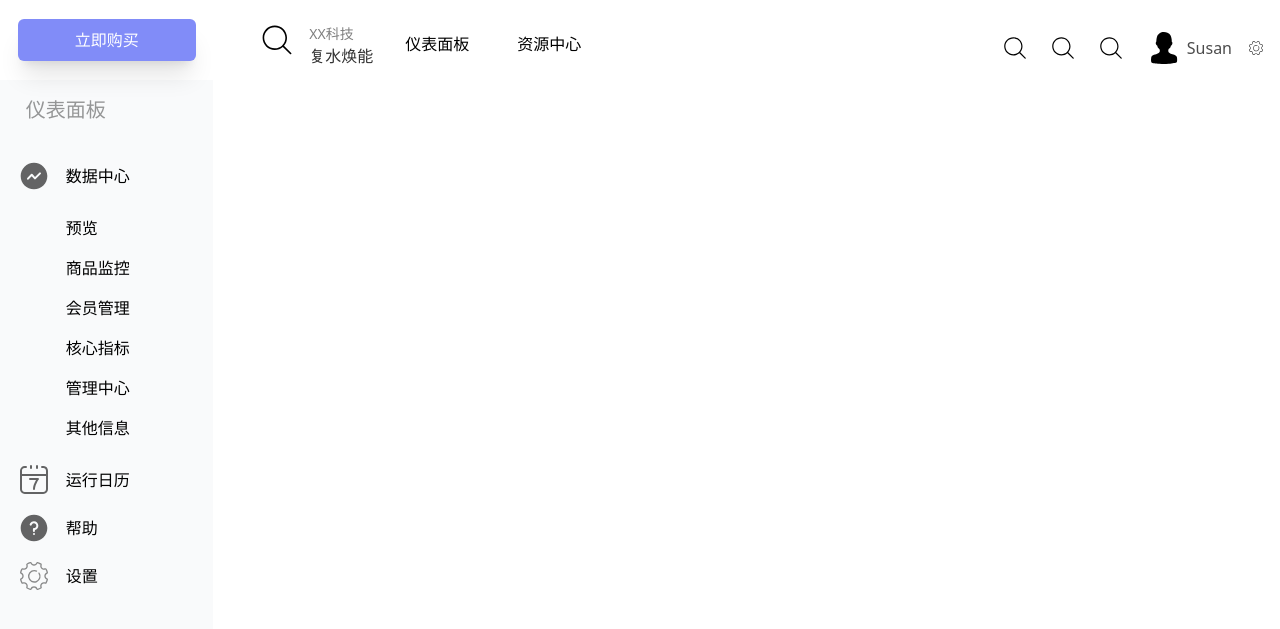
Repository: LiuRuohui/useWater
Page: /
An editor plug-in stored every save of this project. The page is shown before and after a run of saves, followed by the edit.
The browser window is 1280 px wide. The pictures show the whole page.
The project was rebuilt for these pictures with package versions that can differ from the ones it lists, and the page was loaded fresh each time. Also part of the build but not shown: vite.config.js.

Above is the page before, as saved 2022-04-06 23:02:27.

### src/App.vue
<script setup>
import HelloWorld1 from './components/HelloWorld.vue';
</script>

<template>
  <HelloWorld1></HelloWorld1>
</template>

<style>
</style>

### src/index.css
@tailwind base;
@tailwind components;
.inputFrame {
    @apply appearance-none rounded-none relative block w-full px-3 py-2 border border-gray-300 placeholder-gray-500 text-gray-900
}

.inputFrame:focus {
    @apply outline-none border-indigo-500 z-10 inline-block px-5 py-3 rounded-lg shadow-lg
}

.btn {
    @apply relative flex w-full justify-center py-2 border border-transparent font-medium rounded-md text-white bg-indigo-400
}

.btn:hover {
    @apply bg-indigo-500
}

.btn:focus {
    @apply outline-none ring-2 ring-offset-2 ring-indigo-400
}

@tailwind utilities;

### src/components/HelloWorld.vue
<script setup>

</script>

<template>
<div class="w-full h-screen flex flex-row select-none">
  <div class="w-1/5 h-screen justify-center items-center flex flex-col">
    <div class="w-full h-20 justify-center items-center flex">
        <div class="w-5/6">
            <button class="btn text-white justify-center items-center shadow-xl">立即购买</button>
        </div>
    </div>
    <div class="w-full flex flex-grow bg-gray-50 justify-center">
        <div class="w-5/6 pt-4 flex flex-col">
            <div class="h-8 text-xl opacity-40 pl-2">仪表面板</div>
            <div class="mt-4 flex flex-grow flex-col">
                <div class="flex flex-col py-2 hover:cursor-pointer">
                    <div class="flex flex-row py-2 hover:bg-blue-200 hover:cursor-pointer">
                      <img src="../assets/数据.svg" alt="" class="h-8 opacity-60">
                      <div class="pl-4 pt-1">数据中心</div>
                    </div>
                    <div class="mt-2 flex flex-col hover:cursor-pointer">
                        <div class="py-2 pl-12 hover:bg-blue-200">预览</div>
                        <div class="py-2 pl-12 hover:bg-blue-200">商品监控</div>
                        <div class="py-2 pl-12 hover:bg-blue-200">会员管理</div>
                        <div class="py-2 pl-12 hover:bg-blue-200">核心指标</div>
                        <div class="py-2 pl-12 hover:bg-blue-200">管理中心</div>
                        <div class="py-2 pl-12 hover:bg-blue-200">其他信息</div>
                    </div>
                </div>
                <div class="flex flex-row py-2 hover:bg-blue-200 hover:cursor-pointer">
                  <img src="../assets/日历.svg" alt="" class="h-8 opacity-60">
                  <div class="pl-4 pt-1">运行日历</div>
                </div>
                <div class="flex flex-row py-2 hover:bg-blue-200 hover:cursor-pointer">
                  <img src="../assets/帮助.svg" alt="" class="h-8 opacity-60">
                  <div class="pl-4 pt-1">帮助</div>
                </div>
                <div class="flex flex-row py-2 hover:bg-blue-200 hover:cursor-pointer">
                  <img src="../assets/设置.svg" alt="" class="h-8 opacity-60">
                  <div class="pl-4 pt-1">设置</div>
                </div>
            </div>
        </div>
    </div>
  </div>
  <div class="w-full flex flex-grow flex-col">
      <div class="flex flex-row h-24">
          <img src="../assets/搜索.svg" alt="" class="h-8 mt-6 pl-12 hover:cursor-pointer">
          <div class="flex flex-col pt-6 px-4 hover:cursor-pointer">
              <div class="text-sm opacity-50">XX科技</div>
              <div class="text-md opacity-80">复水焕能</div>
          </div>
          <div class="text-base px-4 pt-8 hover:cursor-pointer">仪表面板</div>
          <div class="text-base px-8 pt-8 hover:cursor-pointer">资源中心</div>
          <div class="flex flex-grow flex-row-reverse">
              <img src="../assets/设置.svg" alt="" class="h-4 mt-10 mr-4 hover:cursor-pointer hover:bg-blue-100">
              <span class="my-9 mr-4 text-black text-base opacity-70 hover:cursor-pointer hover:bg-blue-100">Susan</span>
              <img src="../assets/用户.svg" alt="" class="h-8 mt-8 mr-2 hover:cursor-pointer hover:bg-blue-100">
              <img src="../assets/搜索.svg" alt="" class="h-6 mt-9 mr-6 hover:cursor-pointer hover:bg-blue-100">
              <img src="../assets/搜索.svg" alt="" class="h-6 mt-9 mr-6 hover:cursor-pointer hover:bg-blue-100">
              <img src="../assets/搜索.svg" alt="" class="h-6 mt-9 mr-6 hover:cursor-pointer hover:bg-blue-100">
          </div>
      </div>
      <div class="w-full ">

      </div>
  </div>
</div>
</template>

<style scoped>

</style>

### tailwind.config.js
module.exports = {
    content: [
        "./index.html",
        "./src/**/*.{vue,js,ts,jsx,tsx}",
    ],
    theme: {
        extend: {},
    },
    variants: {
        backgroundColor: ['responsive', 'hover', 'focus', 'active']
    },
    plugins: [],
}

Loaded but not shown: index.html (common file); src/main.js (common file)

After the next 2 saves:
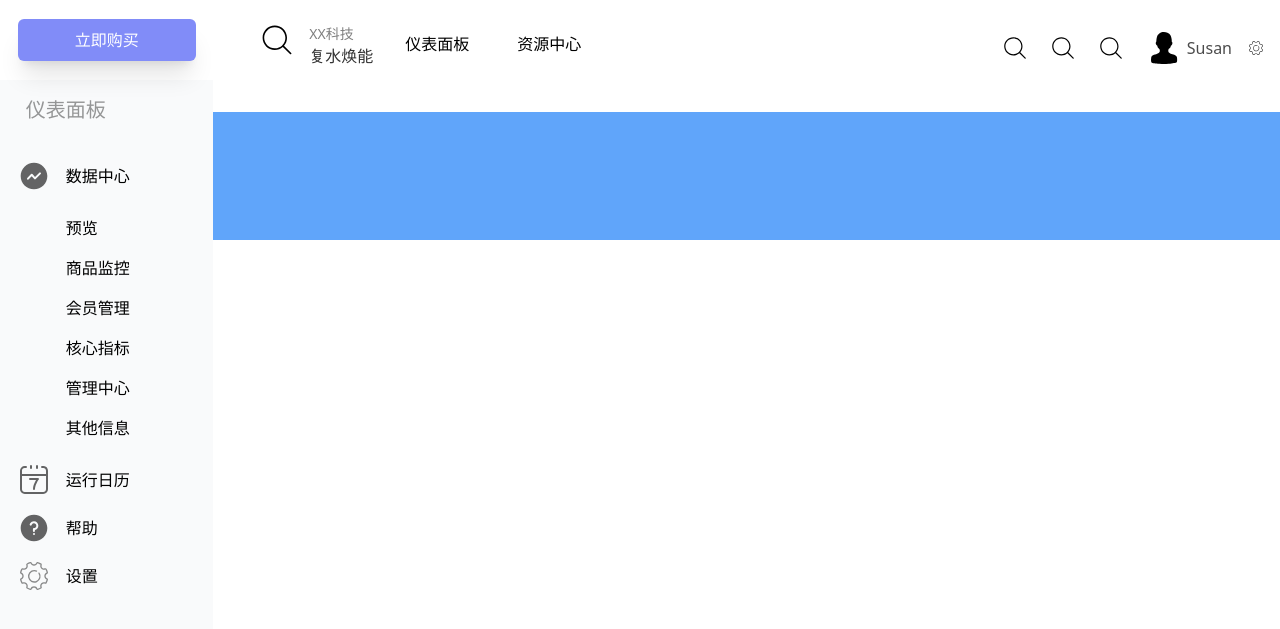
The 2 saves are shown as one change because they came seconds apart.
The last was saved 22 s later.
--- a/src/components/HelloWorld.vue
+++ b/src/components/HelloWorld.vue
@@ -62,7 +62,7 @@
               <img src="../assets/搜索.svg" alt="" class="h-6 mt-9 mr-6 hover:cursor-pointer hover:bg-blue-100">
           </div>
       </div>
-      <div class="w-full ">
+      <div class="w-full my-4 bg-blue-400 h-32">
 
       </div>
   </div>
